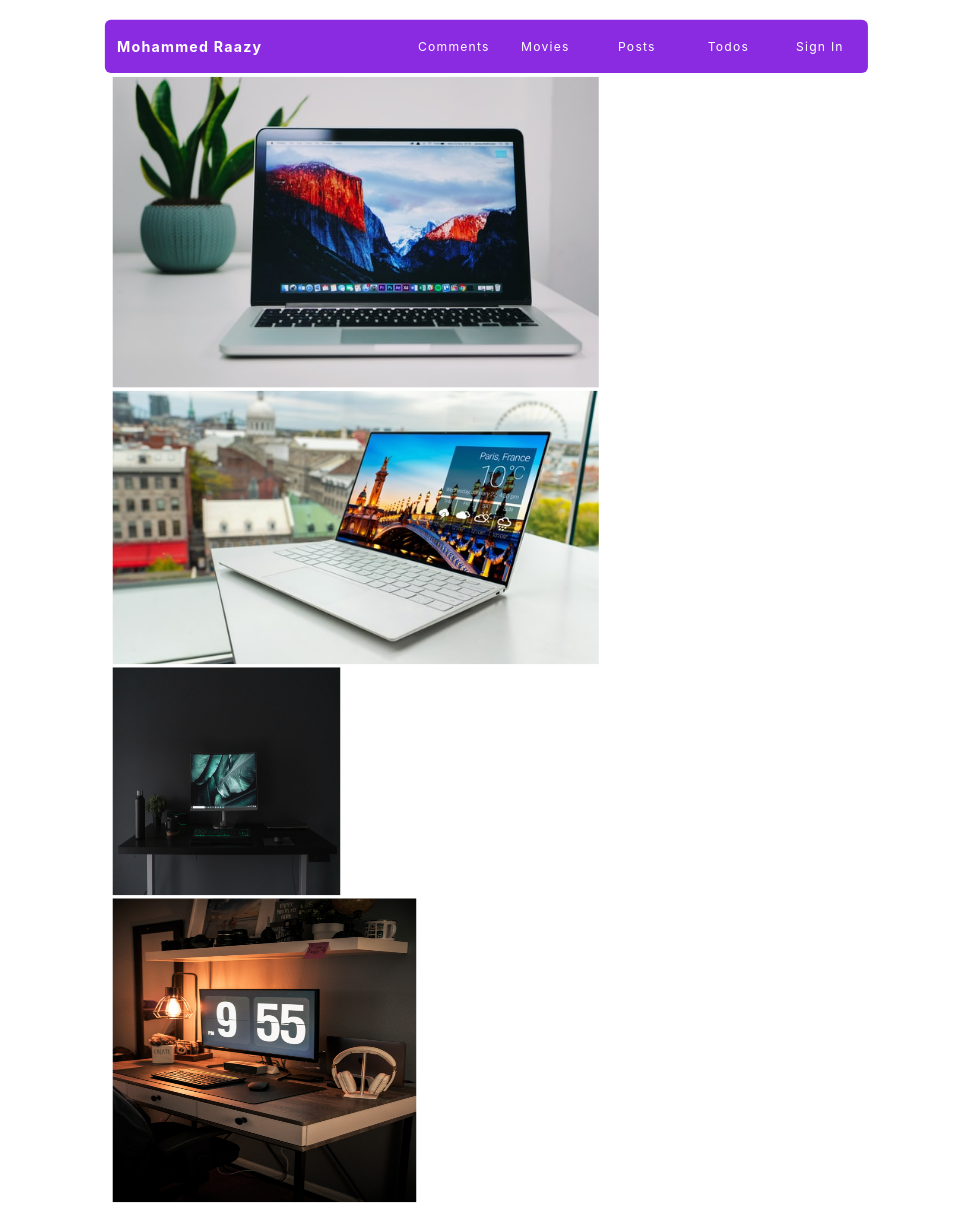
Repository: raazymuhd1/learn-nextjs
Page: /gallery
An editor plug-in stored every save of this project. The page is shown before and after a run of saves, followed by the edit.
The browser window is 1280 px wide. The pictures show the whole page, at 76% of full size.
The page's requests for data from a server got no answer. The project was rebuilt for these pictures with package versions that can differ from the ones it lists, and the page was loaded fresh each time. The framework's server and built-in components were replaced by stand-ins that run in the browser. No one was signed in, and anything a server would have sent is missing.

Above is the page before, as saved 2021-09-04 20:53:27.

After the next 2 saves:
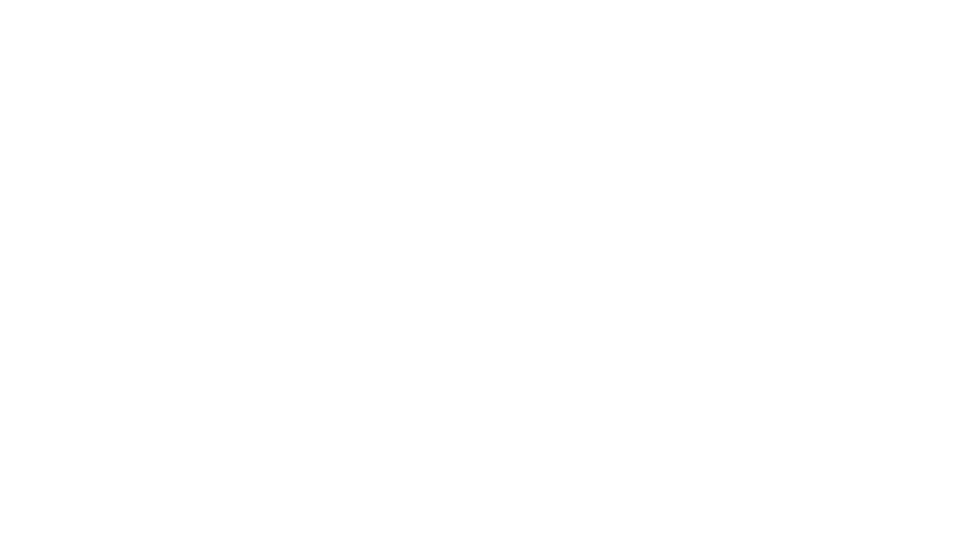
The 2 saves are shown as one change because 1 did not build or start.
The last was saved 13 h 44 min later.
--- a/pages/gallery/index.js
+++ b/pages/gallery/index.js
@@ -3,7 +3,7 @@
 
 import ScrollAnimation from "react-animate-on-scroll"
 
-const Gallery = () => {
+const Gallery = ({data}) => {
     return (
         <>
             <Image src={lp1} placeholder="blur"  />
@@ -18,4 +18,17 @@
     )
 }
 
+export const getServerSideProps = async(context) => {
+    const res = await fetch(`https://jsonplaceholder.typicode.com/posts`)
+    const data = await res.json()
+
+    if(!data) {
+        notFound: true
+    }
+
+    return {
+        props: { data }
+    }
+}
+
 export default Gallery

After the 4 saves that followed:
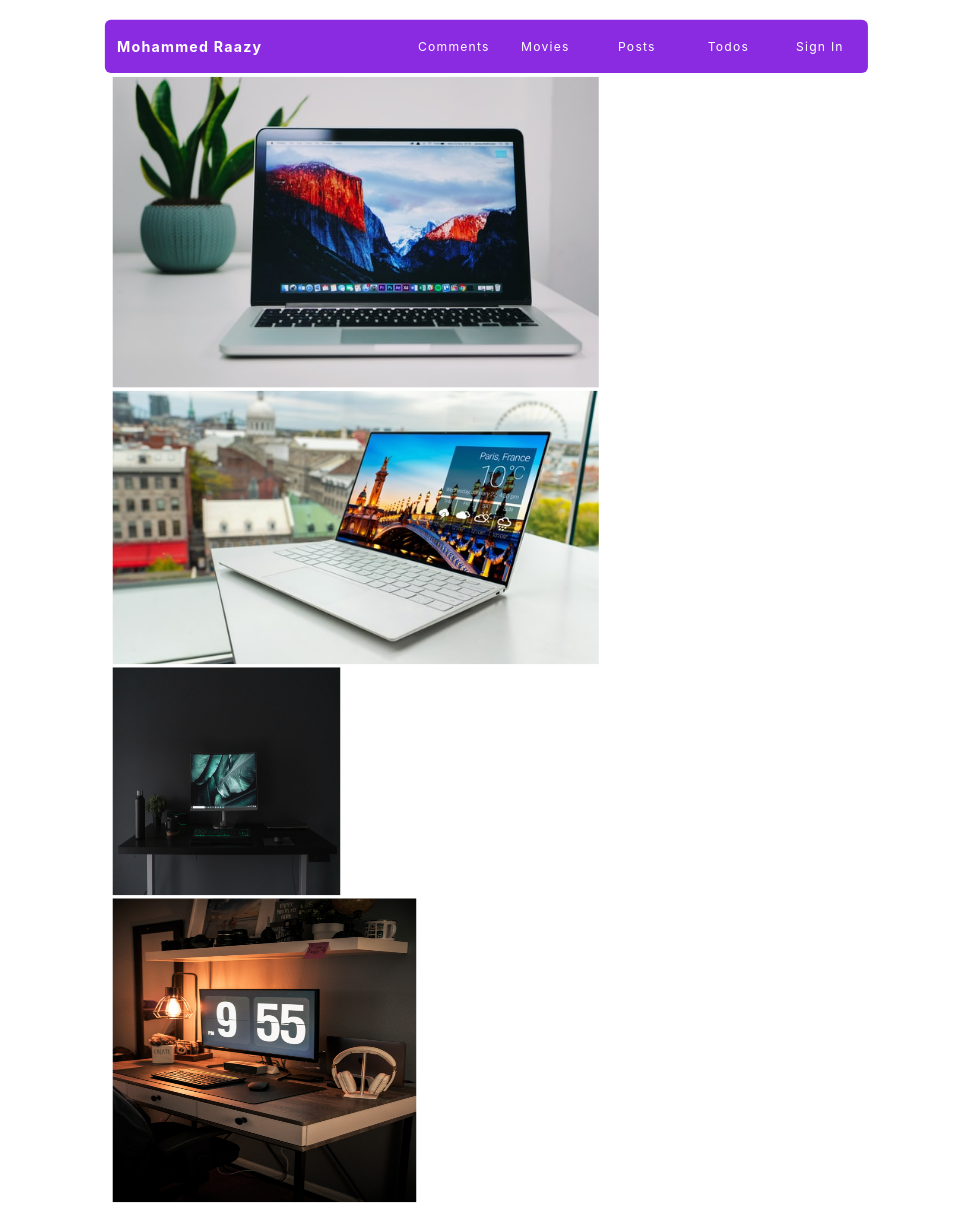
The 4 saves are shown as one change because 3 left the picture as it was.
The last was saved 12 min 11 s later.
--- a/pages/gallery/index.js
+++ b/pages/gallery/index.js
@@ -3,7 +3,7 @@
 
 import ScrollAnimation from "react-animate-on-scroll"
 
-const Gallery = ({data}) => {
+const Gallery = () => {
     return (
         <>
             <Image src={lp1} placeholder="blur"  />
@@ -14,21 +14,9 @@
             <ScrollAnimation animateIn="bounceInRight">
                 <Image src={wp2} placeholder="blur" width={400} height={400}  />
             </ScrollAnimation>
+
         </>
     )
 }
 
-export const getServerSideProps = async(context) => {
-    const res = await fetch(`https://jsonplaceholder.typicode.com/posts`)
-    const data = await res.json()
-
-    if(!data) {
-        notFound: true
-    }
-
-    return {
-        props: { data }
-    }
-}
-
 export default Gallery
